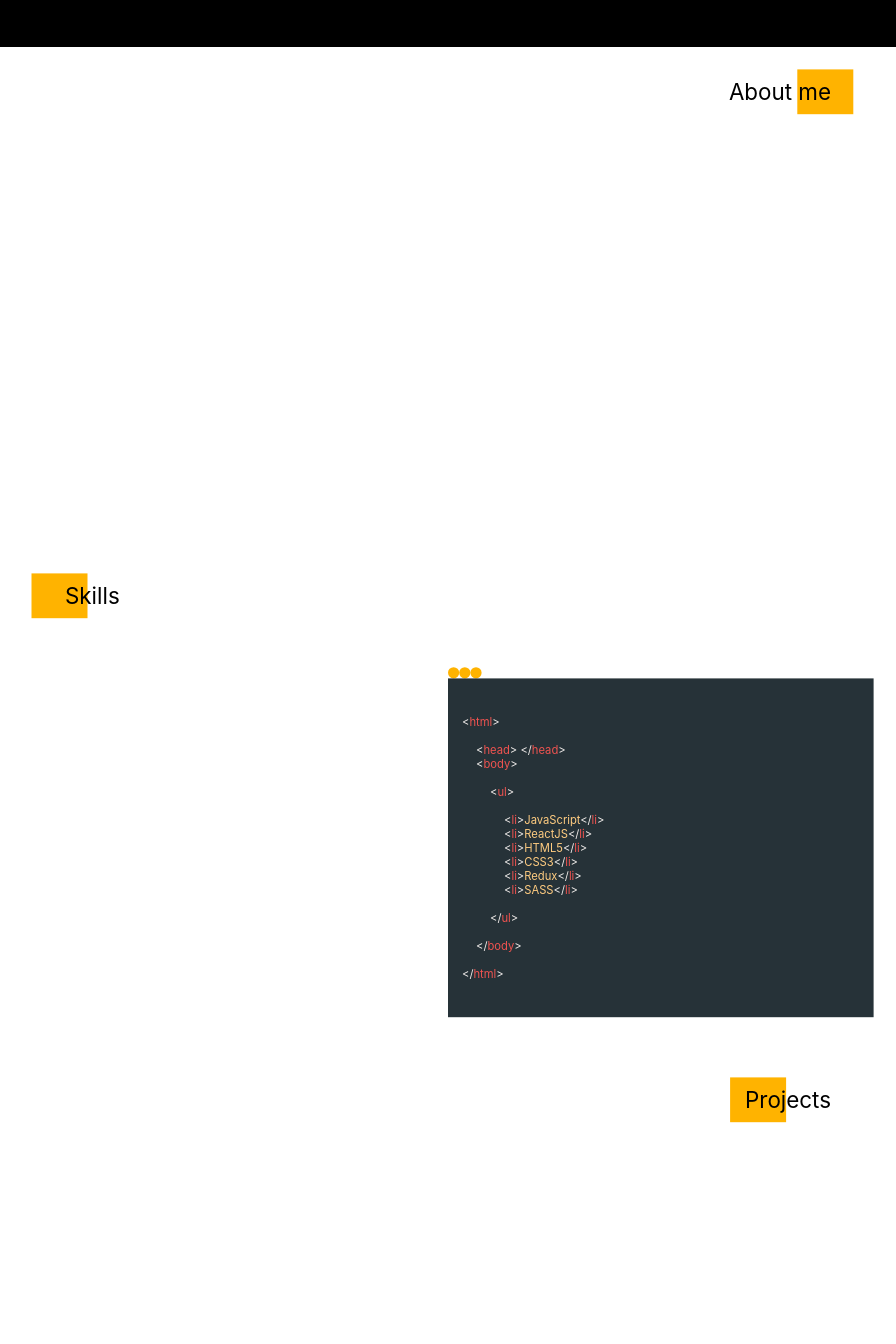
Repository: SebastianArmata22/Portfolio
Page: /
The author's editor kept a copy of each file at every save. The page is drawn from the files as they stood at one save, then again after the next save.
The browser window is 1280 px wide. The pictures show the part of the page from y = 653 to 2573 px (the page is 3664 px tall), at 70% of full size.
The project was rebuilt for these pictures with package versions that can differ from the ones it lists, and the page was loaded fresh each time.

Above is the page before, as saved 2021-02-24 18:19:08.

### public/index.html
<!DOCTYPE html>
<html lang="en">
  <head>
    <meta charset="utf-8" />
    <link rel="icon" href="%PUBLIC_URL%/favicon.ico" />
    <meta name="viewport" content="width=device-width, initial-scale=1" />
    <meta name="theme-color" content="#000000" />
    <meta
      name="description"
      content="Web site created using create-react-app"
    />
    <link rel="apple-touch-icon" href="%PUBLIC_URL%/logo192.png" />
    <!--
      manifest.json provides metadata used when your web app is installed on a
      user's mobile device or desktop. See https://developers.google.com/web/fundamentals/web-app-manifest/
    -->
    <link rel="manifest" href="%PUBLIC_URL%/manifest.json" />
    <!--
      Notice the use of %PUBLIC_URL% in the tags above.
      It will be replaced with the URL of the `public` folder during the build.
      Only files inside the `public` folder can be referenced from the HTML.

      Unlike "/favicon.ico" or "favicon.ico", "%PUBLIC_URL%/favicon.ico" will
      work correctly both with client-side routing and a non-root public URL.
      Learn how to configure a non-root public URL by running `npm run build`.
    -->
    <title>Sebastian Armata</title>
  </head>
  <body>
    <noscript>You need to enable JavaScript to run this app.</noscript>
    <div id="root"></div>
    <!--
      This HTML file is a template.
      If you open it directly in the browser, you will see an empty page.

      You can add webfonts, meta tags, or analytics to this file.
      The build step will place the bundled scripts into the <body> tag.

      To begin the development, run `npm start` or `yarn start`.
      To create a production bundle, use `npm run build` or `yarn build`.
    -->
  </body>
</html>

### src/App.js
import './App.css'
//components
import Header from './components/header/Header'
import MainPage from './components/mainPage/MainPage'
import Skills from './components/skills/Skills'
import AboutMe from './components/aboutMe/AboutMe'
import Contact from './components/contact/Contact'
import Footer from './components/footer/Footer'
import Projects from './components/projects/Projects'

function App() {
  return (
    <div className="App">
      <header>
        <Header />
      </header>
      <main>
        <MainPage />
        <AboutMe />
        <Skills />
        <Projects />
        <Contact />
      </main>
      <footer>
        <Footer />
      </footer>
    </div>
  );
}

export default App;

### src/App.css
html, body,*{
    margin: 0;
    padding: 0;

}
*{
    box-sizing: border-box;
}

### src/components/header/Header.js
import classes from './header.module.scss'
import React from 'react'
import logo from '../../icons/logo_armata.svg'

const Header = ()=>{
    return(
        <div className={classes.header}>
            <img src={logo} alt="logo"></img>
            <ul>
                <li>About me</li>
                <li>Skills</li>
                <li>Projects</li>
                <li>Contact</li>
            </ul>
        </div>
    )
}
export default Header

### src/components/mainPage/MainPage.js
import classes from './mainPage.module.scss'
import React from 'react'

const MainPage = ()=>{
    return(
        <div className={classes.main_page_container}>
            <div>
                <p><span>Hello,</span></p>
                <p>I'm Sebastian Armata</p>
                <p>A Frontend <span>Developer</span></p>
            </div>
            <div></div>
        </div>
    )
}
export default MainPage

### src/components/skills/Skills.js
import classes from './skills.module.scss'
import React from 'react'
import ConsoleSkills from '../consoleSkills/ConsoleSkills'

const Skills = ()=>{

    return(
        <div className={classes.skills}>
            <header>
                <p>Skills</p>
            </header>
            <main>
                <div>
                </div>
                <div className={classes.console_container}>
                    <div className={classes.bar}>
                        <div></div>
                        <div></div>
                        <div></div>
                    </div>
                    <ConsoleSkills />
                </div>
            </main>
        </div>
    )
}
export default Skills

### src/components/aboutMe/AboutMe.js
import classes from './aboutme.module.scss'
import React from 'react'

const AboutMe = ()=>{
    return(
        <div className={classes.aboutMe}>
            <header>
                <p>About me</p>
            </header>
        </div>
    )
}
export default AboutMe

### src/components/contact/Contact.js
import classes from './contact.module.scss'
import React from 'react'

const Contact = ()=>{
    return(
        <div className={classes.contact}>
        <header>
            <p>Contact</p>
        </header>
    </div>
    )
}
export default Contact

### src/components/footer/Footer.js
import classes from './footer.module.scss'
import React from 'react'

const Footer = ()=>{
    return(
        <div className={classes.footer}>
            <p>Sebastian Armata </p>
        </div>
        )
}
export default Footer

### src/components/projects/Projects.js
import classes from './projects.module.scss'
import React from 'react'

const Projects = ()=>{
    return(
        <div className={classes.projects}>
            <header>
                <p>Projects</p>
            </header>
        </div>
    )
}
export default Projects

### src/components/header/header.module.scss
@import '../../variables.scss';

.header{
    height: 5rem;
    width: 100%;
    background-color: $third-main-color;
    display: flex;
    align-items: center;
    justify-content: space-between;
    padding: 1rem;
    img{
        padding: 0 2rem;
        height: 50px;
    }
    ul{
        display: flex;
        align-items: center;
        justify-content: space-between;
        width: 50%;
        li{
            list-style: none;
            text-align: center;
            color: $second-main-color;
            width: 10rem;
            font-size: 1rem;
            cursor: pointer;
            &:hover{
                color: $first-main-color;
            }
        }
    }
}

### src/components/mainPage/mainPage.module.scss
@import '../../variables.scss';

.main_page_container{
    height: calc(100vh - 5rem);
    width: 100%;
    background-color: $third-main-color;
    @include flex-container;
    padding: 3rem;
    div{
        width: 50%;
        height: 100%;
        display: flex;
        justify-content: center;
        flex-direction: column;
    }
    p{
        color: $second-main-color;
        font-size: 2rem;
        span{
            color: $first-main-color;
            font-size: 3rem;
        }
    }
}

### src/components/skills/skills.module.scss
@import '../../variables.scss';
.skills{
    width: 100%;
    height: 100vh;
    padding: 2rem;
    header{
        @include flex-container;
        p{
            position: relative;
            font-size: 2rem;
            height: 4rem;
            width: 90%;
            display: flex;
            align-items: center;
            &::after{
                display: block;
                content: "";
                    width: 5rem;
                    height: 100%;
                    z-index: -1;
                    position: absolute;
                    top:0;
                    left: -3rem;
                    background-color: $first-main-color;
            }
        }
    }
    main{
        display: flex;
        >div{
            width: 50%;
            height: calc(100vh - 5rem);
            display: flex;
            justify-content: center;
        }
    }
}
.bar{
    display: flex;
    div{
        width: 1rem;
        height: 1rem;
        border-radius: 1rem;
        background-color: $first-main-color;

    }
}
.console_container{
    flex-direction: column;
}

### src/components/consoleSkills/ConsoleSkills.js
import classes from './consoleSkills.module.scss'
import React from 'react'

const ConsoleSkills=()=>{
    return(
        <div className={classes.console_content}>
                            <ul>
                                <li>&lt;<span className={classes.html_text}>html</span>&gt;</li>
                                <li>
                                  <ul className="no-top-padding">
                                    <li>
                                      &lt;<span className={classes.html_text}>head</span>&gt;
                                      &lt;/<span className={classes.html_text}>head</span>&gt;
                                    </li>
                                    <li>&lt;<span className={classes.html_text}>body</span>&gt;</li>
                                    <li>
                                      <ul className="no-top-padding">
                                        <li>&lt;<span className={classes.html_text}>ul</span>&gt;</li>
                                        <ul className="no-top-padding">
                                          <li>
                                            &lt;<span className={classes.html_text}>li</span>&gt;
                                            <span className={classes.html_text_2}>JavaScript</span>
                                            &lt;/<span className={classes.html_text}>li</span>&gt;</li>
                                          <li>
                                            &lt;<span className={classes.html_text}>li</span>&gt;
                                            <span className={classes.html_text_2}>ReactJS</span>
                                            &lt;/<span className={classes.html_text}>li</span>&gt;
                                          </li>
                                          <li>
                                            &lt;<span className={classes.html_text}>li</span>&gt;
                                            <span className={classes.html_text_2}>HTML5</span>
                                            &lt;/<span className={classes.html_text}>li</span>&gt;
                                          </li>
                                          <li>
                                            &lt;<span className={classes.html_text}>li</span>&gt;
                                            <span className={classes.html_text_2}>CSS3</span>
                                            &lt;/<span className={classes.html_text}>li</span>&gt;
                                          </li>
                                          <li>
                                            &lt;<span className={classes.html_text}>li</span>&gt;
                                            <span className={classes.html_text_2}>Redux</span>
                                            &lt;/<span className={classes.html_text}>li</span>&gt;
                                          </li>
                                          <li>
                                            &lt;<span className={classes.html_text}>li</span>&gt;
                                            <span className={classes.html_text_2}>SASS</span>
                                            &lt;/<span className={classes.html_text}>li</span>&gt;
                                          </li>
                                        </ul>
                                        <li>&lt;/<span className={classes.html_text}>ul</span>&gt;</li>
                                      </ul>
                                    </li>
                                    <li>&lt;/<span className={classes.html_text}>body</span>&gt;</li>
                                  </ul>
                                </li>
                                <li>&lt;/<span className={classes.html_text}>html</span>&gt;</li>
                            </ul>
                        </div>

    )
}
export default ConsoleSkills

### src/components/aboutMe/aboutme.module.scss
@import '../../variables.scss';

.aboutMe{
    width: 100%;
    height: 100vh;
    padding: 2rem;
    header{
        @include flex-container;
        p{
            position: relative;
            font-size: 2rem;
            height: 4rem;
            width: 90%;
            display: flex;
            align-items: center;
            justify-content: flex-end;
            &::after{
                display: block;
                content: "";
                    width: 5rem;
                    height: 100%;
                    z-index: -1;
                    position: absolute;
                    top:0;
                    right: -2rem;
                    background-color: $first-main-color;
            }
        }
    }
}

### src/components/contact/contact.module.scss
@import '../../variables.scss';
.contact{
    width: 100%;
    height: 100vh;
    padding: 2rem;
    header{
        @include flex-container;
        p{
            position: relative;
            font-size: 2rem;
            height: 4rem;
            width: 90%;
            display: flex;
            align-items: center;
            &::after{
                display: block;
                content: "";
                    width: 5rem;
                    height: 100%;
                    z-index: -1;
                    position: absolute;
                    top:0;
                    left: 4rem;
                    background-color: $first-main-color;
            }
        }
    }
}

### src/components/footer/footer.module.scss
@import '../../variables.scss';
.footer{
    height: 4rem;
    background-color: $first-main-color;
    @include flex-container;
    color: $second-main-color;
    font-size: 1.25rem;
}

### src/components/projects/projects.module.scss
@import '../../variables.scss';
.projects{
    width: 100%;
    height: 100vh;
    padding: 2rem;
    header{
        @include flex-container;
        p{
            position: relative;
            font-size: 2rem;
            height: 4rem;
            width: 90%;
            display: flex;
            align-items: center;
            justify-content: flex-end;
            &::after{
                display: block;
                content: "";
                    width: 5rem;
                    height: 100%;
                    z-index: -1;
                    position: absolute;
                    top:0;
                    right: 4rem;
                    background-color: $first-main-color;
            }
        }
    }
}

### src/variables.scss
$first-main-color: #FFB300;
$second-main-color: #fff;
$third-main-color:#000;
@mixin flex-container {
    display: flex;
    align-items: center;
    justify-content: center;
}

### src/components/consoleSkills/consoleSkills.module.scss
.console_content{
    background-color: #263238;
    padding: 2rem 0;
    width: 100%;
}
ul {
    list-style: none;
    color: #EFEBE9;
    padding-left: 20px;
    padding-right: 20px;
    margin-top: 20px;
    margin-bottom: 20px;
  }
.html_text {
    color: #EF5350;
  }
  .html_text_2 {
    color: #FFCC80;
  }

Loaded but not shown: src/index.js (common file); src/index.css (common file); src/reportWebVitals.js (common file)

After the next save:
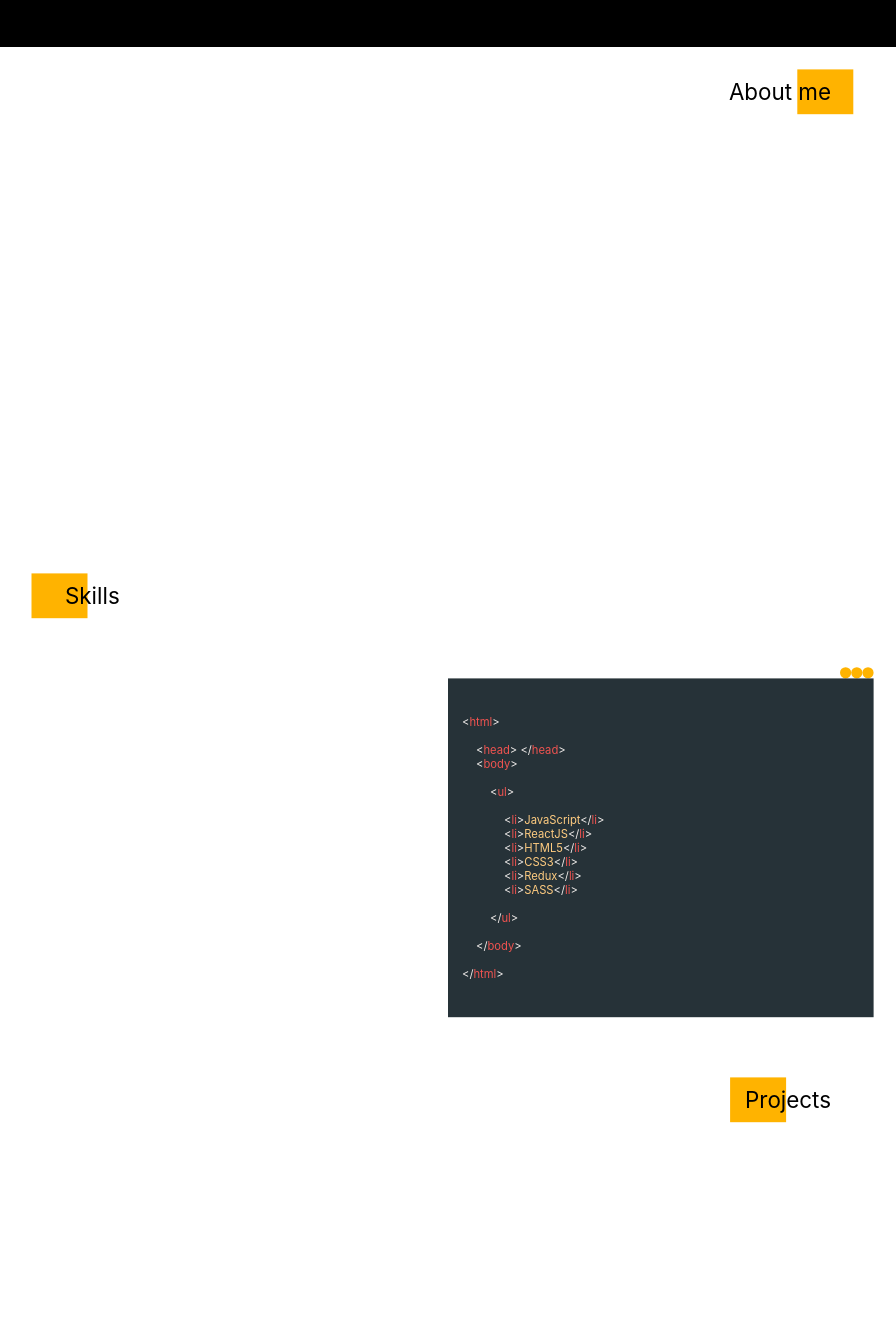
Saved 17 s later.
--- a/src/components/skills/skills.module.scss
+++ b/src/components/skills/skills.module.scss
@@ -37,6 +37,7 @@
 }
 .bar{
     display: flex;
+    justify-content: flex-end;
     div{
         width: 1rem;
         height: 1rem;
